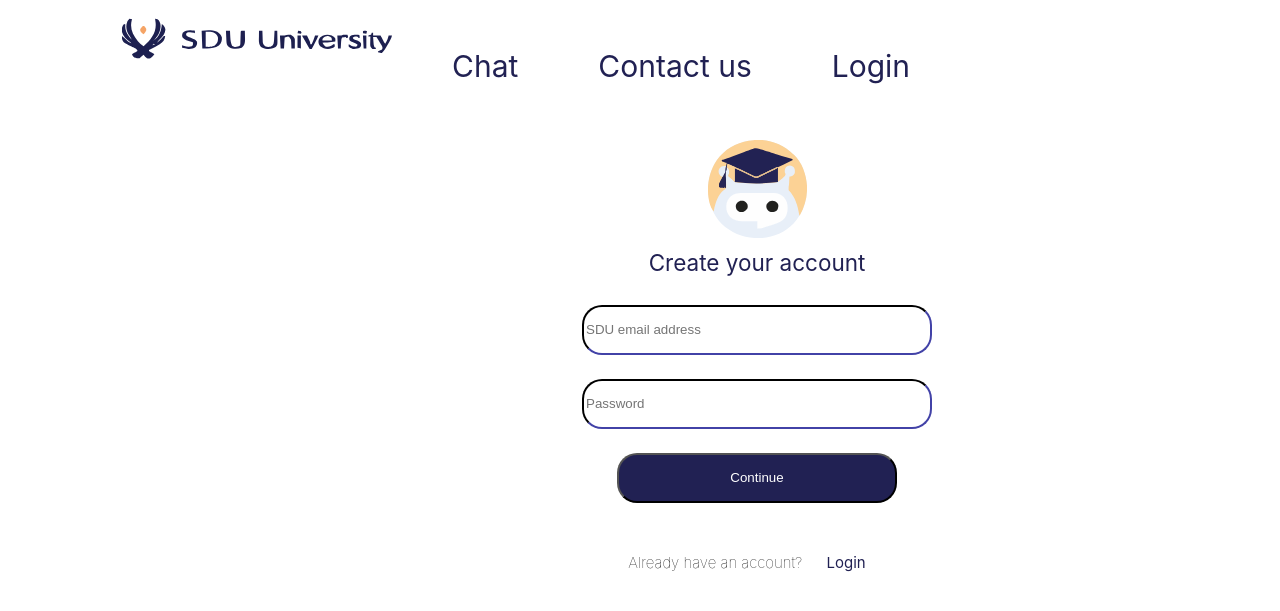
Repository: tolepbekova/Community_v.l
Page: /sign
The author's editor kept a copy of each file at every save. The page is drawn from the files as they stood at one save, then again after the next save.
The browser window is 1280 px wide. The pictures show the whole page.
The project was rebuilt for these pictures with package versions that can differ from the ones it lists, and the page was loaded fresh each time. Also part of the build but not shown: vite.config.js, src/components/HelloWorld.vue, src/views/Login.vue. Imported but missing from the stored project, and not drawn on this page: src/views/Change.vue.

Above is the page before, as saved 2024-05-10 08:57:36.

### src/App.vue
<script setup>
import HelloWorld from './components/HelloWorld.vue'
import router from './router/index.js'
import './assets/base.css'
</script>

<template>
    <div id="app">

         <router-view />
    </div>

</template>

<style>
/* #app {
    display: flex;

}

#header {
    display: flex;
    width: 100%;
    flex-direction: column;
    align-items: center;
    justify-content: space-between;
    position: fixed;
    margin-left: 0px;
    margin-right: 0px;
    margin-top: 0px;
}

#header img {
    width: 218px;
    height: 77px;
}

#navbar {
    display: flex;
    align-items: center;
    justify-content: center;
}
span  {
    list-style: none;
    padding: 0 20px;
    text-decoration: none;
    font-size: 30px;
    color: rgba(33, 33, 83, 1);
    transition: 0.3s ease;
}

#navbar li :hover {
    color: rgb(237, 237, 167);
} */
</style>

### src/router/index.js
import Vue from 'vue'
import VueRouter from 'vue-router'
import Login from '../views/Login.vue'

Vue.use(VueRouter)

const router = new VueRouter({
  mode: 'history',
  base: import.meta.env.BASE_URL,
  routes: [
    {
      path: '/',
      name: 'login',
      component: Login
    },
    {
      path: '/getstart',
      name: 'getstart',
      // route level code-splitting
      // this generates a separate chunk (About.[hash].js) for this route
      // which is lazy-loaded when the route is visited.
      component: () => import('../views/AboutView.vue')
    },
    {
      path: '/home',
      name: 'home',
      // route level code-splitting
      // this generates a separate chunk (About.[hash].js) for this route
      // which is lazy-loaded when the route is visited.
      component: () => import('../views/About.vue')
    },
    {
      path: '/sign',
      name: 'signin',
      component: () => import('../views/Signin.vue')
    },
    {
      path: '/contact',
      name: 'contact',
      component: () => import('../views/Contact.vue')
    },
    {
      path: '/auth',
      name: 'auth',
      component: () => import('../views/Auth.vue')
    },
    {
      path: '/change',
      name: 'change',
      component: () => import('../views/Change.vue')
    },

  ]
})

export default router

### src/assets/main.css
@import "./base.css";

#app {

  font-weight: normal;
}

a,
.green {
  text-decoration: none;
  color: hsla(160, 100%, 37%, 1);
  transition: 0.4s;
}

@media (hover: hover) {
  a:hover {
    background-color: hsla(160, 100%, 37%, 0.2);
  }
}

@media (min-width: 1024px) {
  body {
    display: flex;
    place-items: center;
  }

  #app {
    display: grid;
    grid-template-columns: 1fr 1fr;
    padding: 0 2rem;
  }
}

### src/assets/base.css
/* color palette from <https://github.com/vuejs/theme> */
:root {
  --vt-c-white: #ffffff;
  --vt-c-white-soft: #f8f8f8;
  --vt-c-white-mute: #f2f2f2;

  --vt-c-black: #181818;
  --vt-c-black-soft: #222222;
  --vt-c-black-mute: #282828;

  --vt-c-indigo: #2c3e50;

  --vt-c-divider-light-1: rgba(60, 60, 60, 0.29);
  --vt-c-divider-light-2: rgba(60, 60, 60, 0.12);
  --vt-c-divider-dadarkrk-1: rgba(84, 84, 84, 0.65);
  --vt-c-divider-dark-2: rgba(84, 84, 84, 0.48);

  --vt-c-text-light-1: var(--vt-c-indigo);
  --vt-c-text-light-2: rgba(60, 60, 60, 0.66);
  --vt-c-text-dark-1: var(--vt-c-white);
  --vt-c-text-dark-2: rgba(235, 235, 235, 0.64);
}

/* semantic color variables for this project */
:root {
  --color-background: var(--vt-c-white);
  --color-background-soft: var(--vt-c-white-soft);
  --color-background-mute: var(--vt-c-white-mute);

  --color-border: var(--vt-c-divider-light-2);
  --color-border-hover: var(--vt-c-divider-light-1);

  --color-heading: var(--vt-c-text-light-1);
  --color-text: var(--vt-c-text-light-1);

  --section-gap: 160px;
}

@media (prefers-color-scheme: dark) {
  :root {
    --color-background: var(--vt-c-black);
    --color-background-soft: var(--vt-c-black-soft);
    --color-background-mute: var(--vt-c-black-mute);

    --color-border: var(--vt-c-divider-dark-2);
    --color-border-hover: var(--vt-c-divider-dark-1);

    --color-heading: var(--vt-c-text-dark-1);
    --color-text: var(--vt-c-text-dark-2);
  }
}

*,
*::before,
*::after {
  box-sizing: border-box;
  margin: 0;
  position: relative;
  font-weight: normal;
}
html{
  padding: 0;
  margin: 0;
}
body {
  min-height: 10vh;
  padding: 0;
  margin: 0;
  transition: color 0.5s, background-color 0.5s;
  line-height: 1.6;
  font-family: Inter, -apple-system, BlinkMacSystemFont, 'Segoe UI', Roboto, Oxygen, Ubuntu,
    Cantarell, 'Fira Sans', 'Droid Sans', 'Helvetica Neue', sans-serif;
  font-size: 15px;
  text-rendering: optimizeLegibility;
  -webkit-font-smoothing: antialiased;
  -moz-osx-font-smoothing: grayscale;
}

### src/views/Signin.vue
<template>
  <div>

    <section id="hero">
      <v-app id="header">
            <v-card color="grey lighten-4" flat height="100px" tile>
                <v-toolbar dense>

                  <router-link   to="/home"> <img class="logo" src="../assets/logo/log.svg"></router-link>

                    <v-spacer></v-spacer>
                    <v-spacer></v-spacer>

                    <span class="fir"><router-link to="/getstart">Chat</router-link></span>
                        <span><router-link to="/contact">Contact us</router-link></span>
                        <span><router-link to="/auth">Login</router-link></span>


                </v-toolbar>
            </v-card>
        </v-app>
      <br><br><br>
      <div class="abrow">
        <br><br>
        <div class="abcolu">
          <img class="final" src="../assets/logo/finalicon13_1.svg" alt="">
        </div>
        <div class="abcolu">
          <h1>Create your account</h1>
          <br>
          <form id="signin-form" @submit.prevent="signIn" name="myForm" method="post">
            <input type="email" v-model="email" placeholder="SDU email address" required>
            <br><br>
            <input type="password" v-model="password" placeholder="Password" required>
            <br><br>
            <button class="btn" type="submit">Continue</button>
          </form>
          <br><br>
          <p>Already have an account? <router-link to="/">Login</router-link></p>
        </div>
      </div>
    </section>
  </div>
</template>

<script>
import axios from 'axios';
export default {
  data() {
    return {
      email: '',
      password: ''
    };
  },
  methods: {
    signIn() {
      axios.post(`https://sschat-production.up.railway.app/accounts/auth/users/`, {
        email: this.email,
        password: this.password
      })
        .then((response) => {
          console.log(response.data);
          localStorage.setItem('id', response.data.id);
          this.$router.push('/getstart');
        })
        .catch((error) => {
          console.error('Error:', error);
        });
    }
  }
}
</script>

<style scoped>
#app {
    display: flex;

}

#header {
    display: flex;
    width: 100%;
    align-items: center;
    justify-content: space-between;
    position: fixed;
    margin-left: 0px;
    margin-right: 0px;
    margin-top: 0px;
    color:rgba(33, 33, 83, 1) ;
}

.logo {
    width: 270px;
    height: 77px;
    margin-left: 70px ;
}

#navbar {
    display: flex;
    align-items: center;
    justify-content: center;
}
span  {
    list-style: none;
    padding: 0 20px;
    text-decoration: none;
    font-size: 30px;
    color: rgba(33, 33, 83, 1);
    transition: 0.3s ease;

}

#navbar li :hover {
    color: rgba(33, 33, 83, 1);
}
h1 {
  color: rgba(33, 33, 83, 1);
}


.abrow {
  margin: 20px auto;
  display: block;
  text-align: center;
  margin-left: 550px;
}

.abcolu {
  margin: 0 auto;
  display: block;
  text-align: center;
}

.final {
  max-width: 99px;
  max-height: 99px;
}


.abp {
  margin: 0 auto;
  display: block;
  width: 670px;
  height: 100px;
}

.icon {
  width: 24px;
  height: 24px;
}

.btn {
  background-color: rgba(33, 33, 83, 1);
  border-radius: 20px;
  width: 280px;
  height: 50px;
  color: #ffffff;
}

input {
  border-radius: 20px;
  width: 350px;
  height: 50px;
  border-color: rgba(33, 33, 83, 1);
}

a {
   padding: 0 20px;
    text-decoration: none;
    color: rgba(33, 33, 83, 1);
    transition: 0.3s ease;
}

.lbtn1 {
  margin: 0 auto;
  display: block;
  width: 266px;
  height: 48px;
  border-radius: 30px;
  color: rgba(33, 33, 83, 1);
  background-color: rgba(253, 211, 149, 1);
  border: none;
  font-size: 15px;
  font-family: Cambria, Cochin, Georgia, Times, 'Times New Roman', serif;
  font-weight: bold;

}

.lbtn2 {
  margin: 0 auto;
  display: block;
  width: 266px;
  height: 48px;
  border-radius: 30px;
  color: rgba(33, 33, 83, 1);
  background-color: rgba(253, 211, 149, 1);
  border: none;
  font-size: 15px;
  font-family: Cambria, Cochin, Georgia, Times, 'Times New Roman', serif;
  font-weight: bold;

}
p {
  font-weight: 100;
}
</style>

Loaded but not shown: index.html (common file); src/main.js (common file)

After the next save:
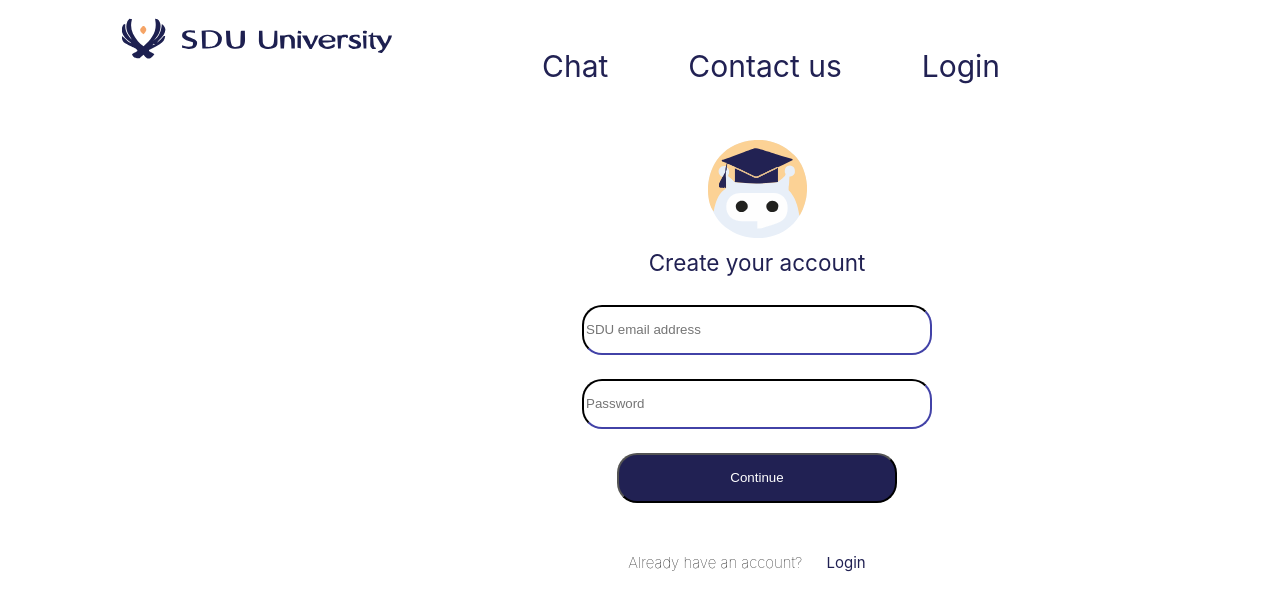
Saved 26 s later.
--- a/src/views/Signin.vue
+++ b/src/views/Signin.vue
@@ -116,7 +116,9 @@
 h1 {
   color: rgba(33, 33, 83, 1);
 }
-
+.fir {
+  margin-left: 90px;
+}
 
 .abrow {
   margin: 20px auto;
